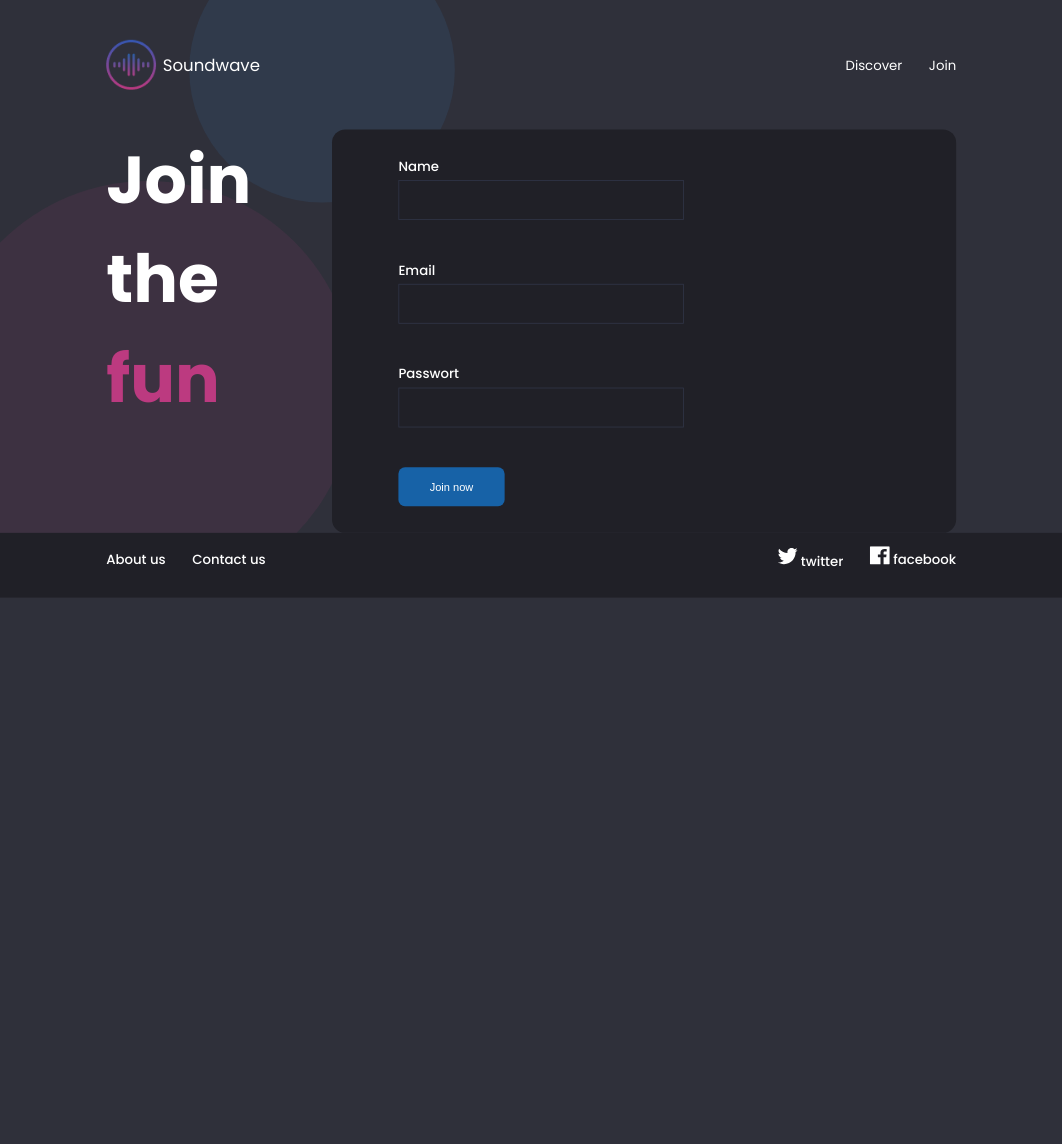
Repository: Hiiiij/soundwave
Page: pages/join.html
These files come from the project's save history. The page is drawn as it stood at one moment and after a run of saves; the edit follows.
The browser window is 1280 px wide. The pictures show the whole page, at 83% of full size.

Above is the page before, as saved 2020-07-06 11:05:20.

After the next 2 saves:
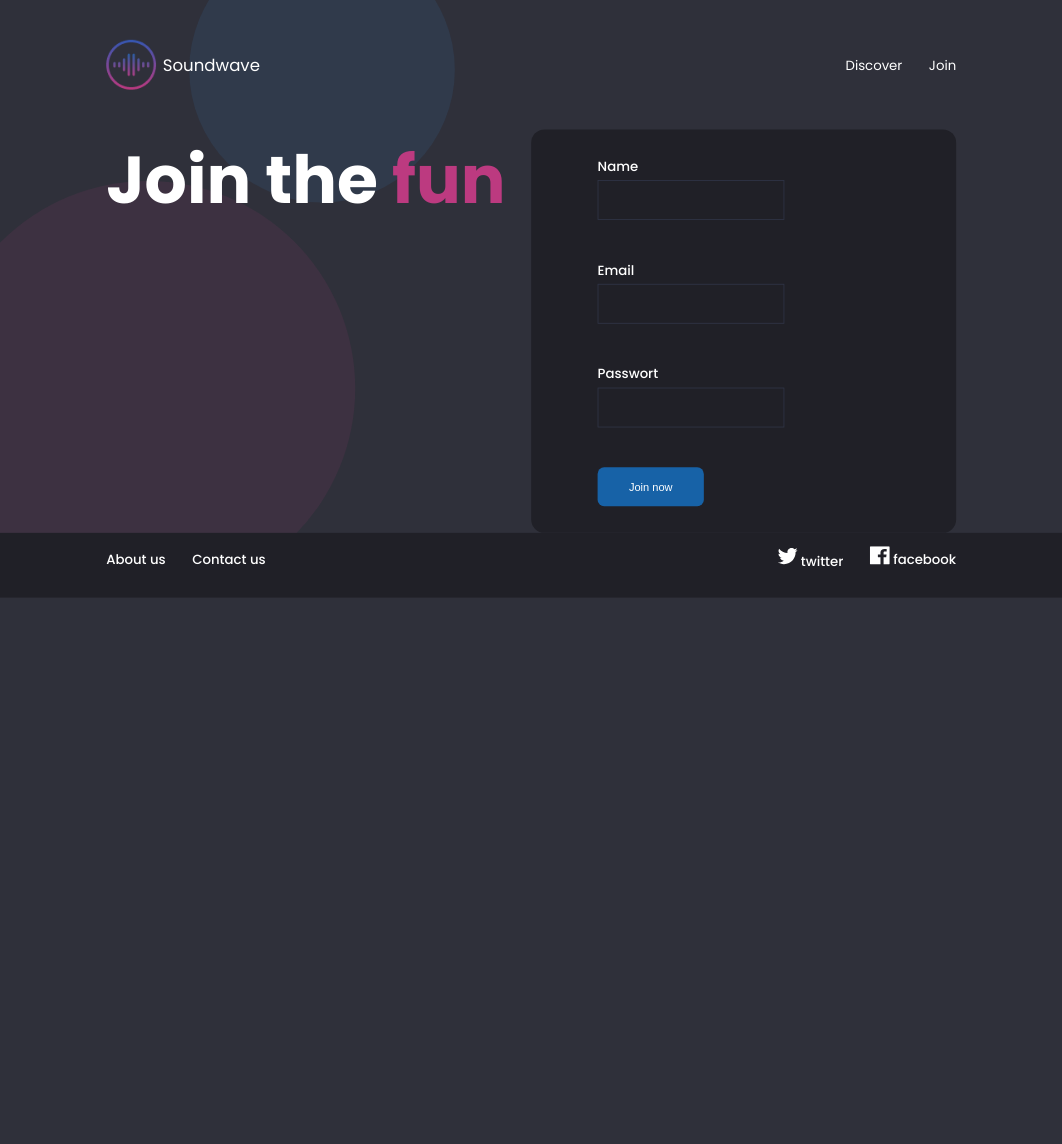
The 2 saves are shown as one change because they came seconds apart.
The last was saved 7 min 58 s later.
--- a/style.css
+++ b/style.css
@@ -387,7 +387,9 @@ span.blue.joy-2 {
    background-color: var(--footer-bg);
    padding: 2rem;
    border-radius: 1rem;
-
+   width:50vw;
+  max-width: 50%;
+  min-width: 40%;
 }
 
 form{
@@ -397,9 +399,7 @@ form{
   /* align-items: center; */
 
 
-  width:50vw;
-  max-width: 50%;
-  min-width: 40%;
+
   margin-left: 3rem;
   border-radius: 1rem;
 
